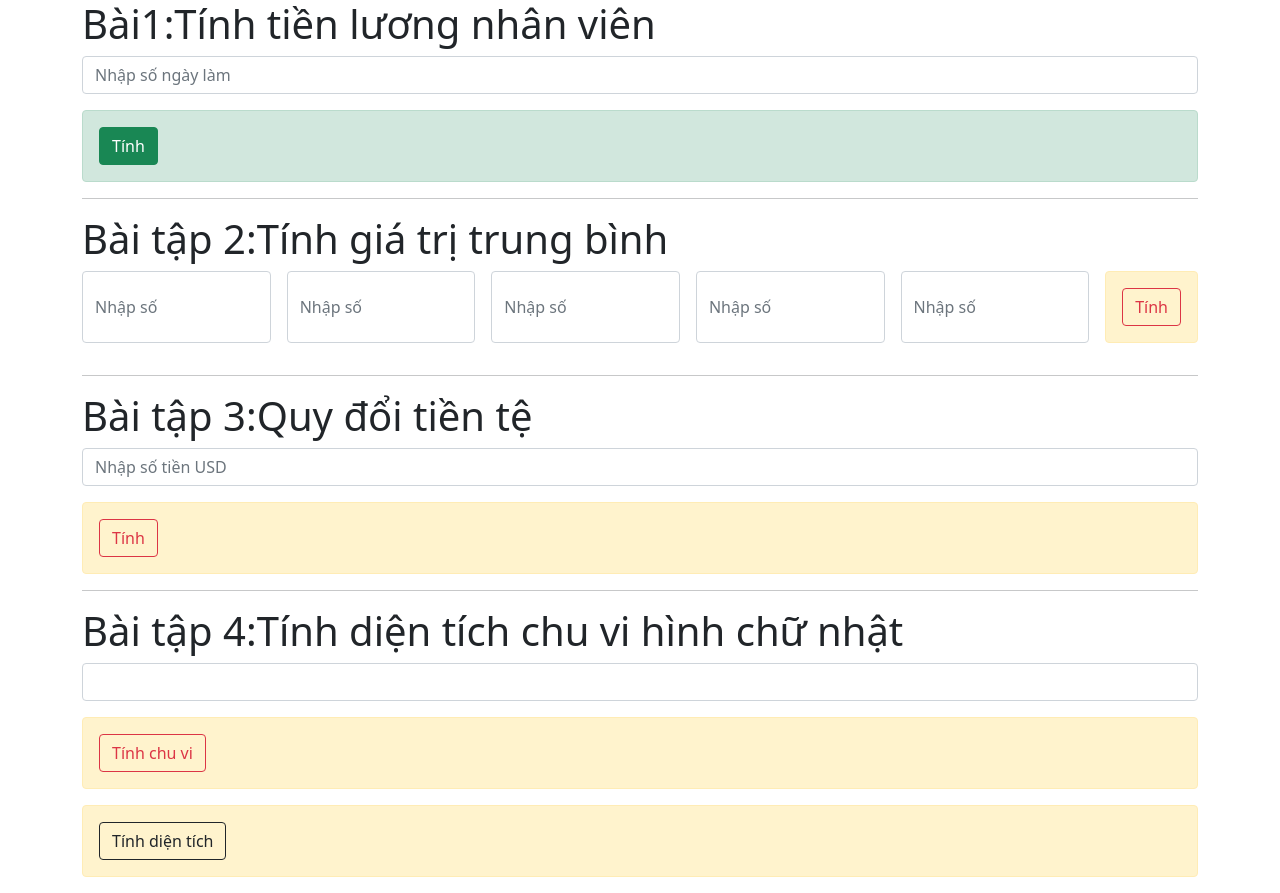
Repository: qkhanh1104k/Js-buoi2-3_giaodienbuoi1
Page: index.html
An editor plug-in stored every save of this project. The page is shown before and after the next save, followed by the edit.
The browser window is 1280 px wide. The pictures show the whole page.

Above is the page before, as saved 2022-07-21 11:25:07.

After the next save:
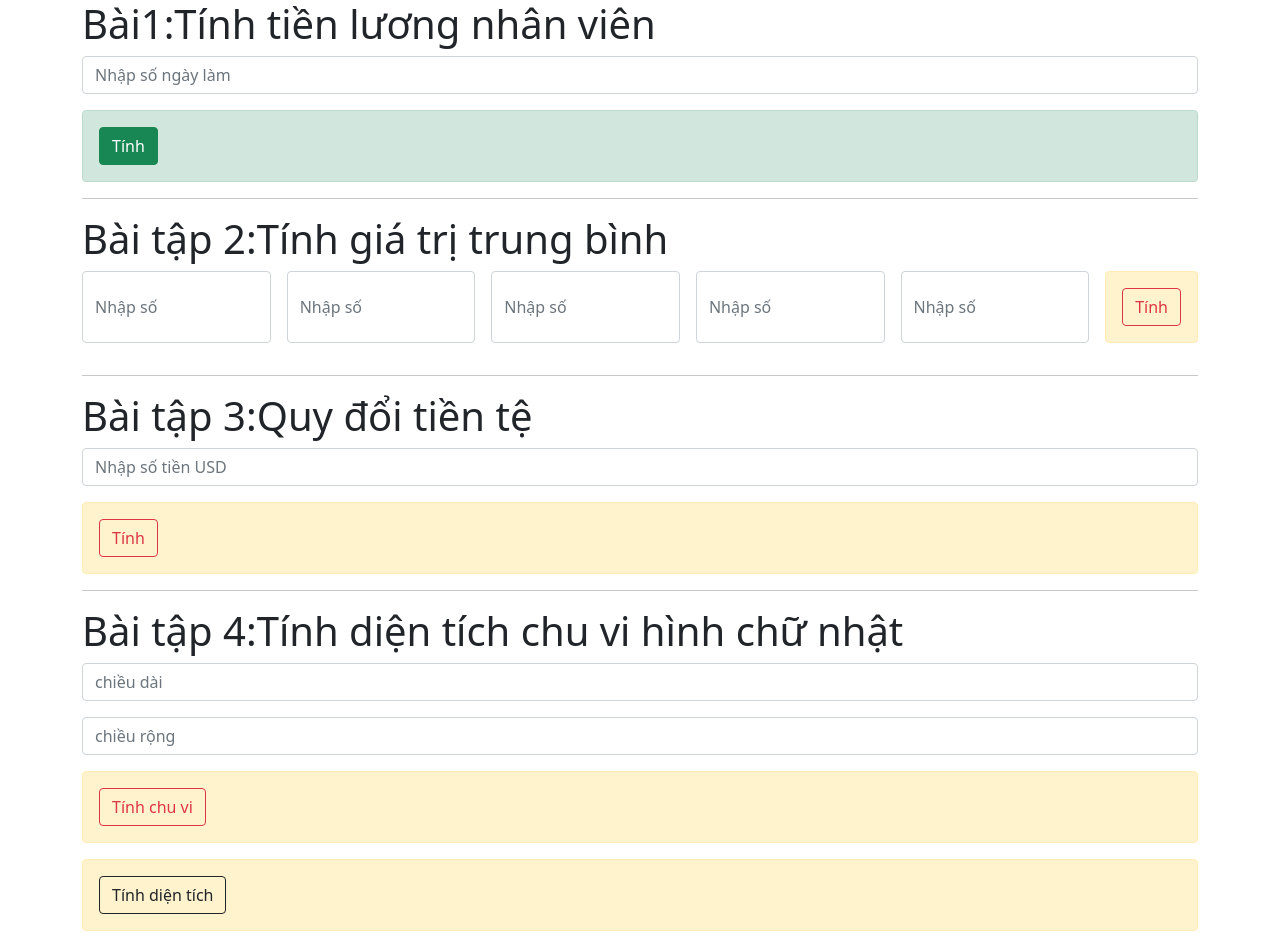
Saved 25 s later.
--- a/index.html
+++ b/index.html
@@ -51,12 +51,13 @@
         <hr>
         <h1>Bài tập 4:Tính diện tích chu vi hình chữ nhật</h1>
         <div>
-            <input type="text" id="txtNumBt4" class="form-control mb-3" >
+            <input type="text" id="txtNumBt4Width" class="form-control mb-3" placeholder="chiều dài" >
+            <input type="text" id="txtNumBt4Height" class="form-control mb-3" placeholder="chiều rộng">
             <div id="resBt41" class="alert alert-warning">
-                <button class="btn btn-outline-danger" onclick="calcPerimeter">Tính chu vi</button>
+                <button class="btn btn-outline-danger" onclick="calcPerimeter()">Tính chu vi</button>
             </div>
             <div id="resBt42" class="alert alert-warning">
-                <button class="btn btn-outline-dark" onclick="calcSquare">Tính diện tích</button>
+                <button class="btn btn-outline-dark" onclick="calcSquare()">Tính diện tích</button>
             </div>
         </div>
     </div>
